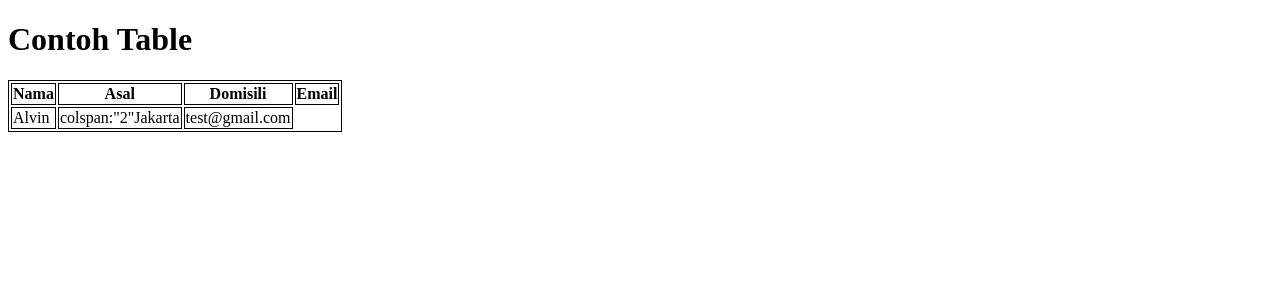
Repository: esramrsln/day2_RevoU
Page: table.html
These files come from the project's save history. The page is drawn as it stood at one moment and after a run of saves; the edit follows.
The browser window is 1280 px wide. The pictures show the whole page.

Above is the page before, as saved 2024-07-23 19:41:39.

### table.html
<!DOCTYPE html>
<html>
<head>
    <meta charset="UTF-8" />
    <title>Membuat Table </title>
    <style>
        table, th, td {
            border: 1px solid black;
        }
    </style>
</head>
<body>
    <h1>Contoh Table</h1>
    <table>
        <tr>
            <th>Nama</th>
            <th>Asal</th>
            <th>Domisili</th>
            <th>Email</th>
        </tr>
        <tr>
            <td>Alvin</td>
            <td>colspan:"2"Jakarta</td>
            <td>test@gmail.com</td>
        </tr>
    </table>
</body>
</html>

After the next 2 saves:
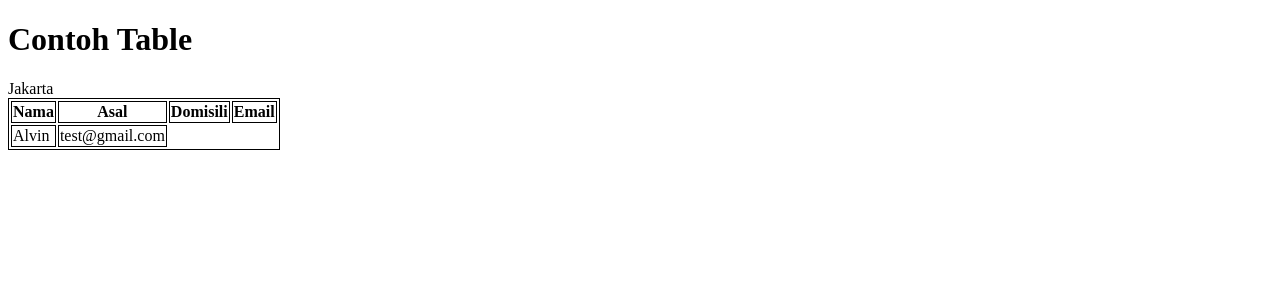
The 2 saves are shown as one change because they came seconds apart.
The last was saved 9 s later.
--- a/table.html
+++ b/table.html
@@ -20,7 +20,7 @@
         </tr>
         <tr>
             <td>Alvin</td>
-            <td>colspan:"2"Jakarta</td>
+            <tdcolspan:"2"></tdcolspan:>Jakarta</td>
             <td>test@gmail.com</td>
         </tr>
     </table>
